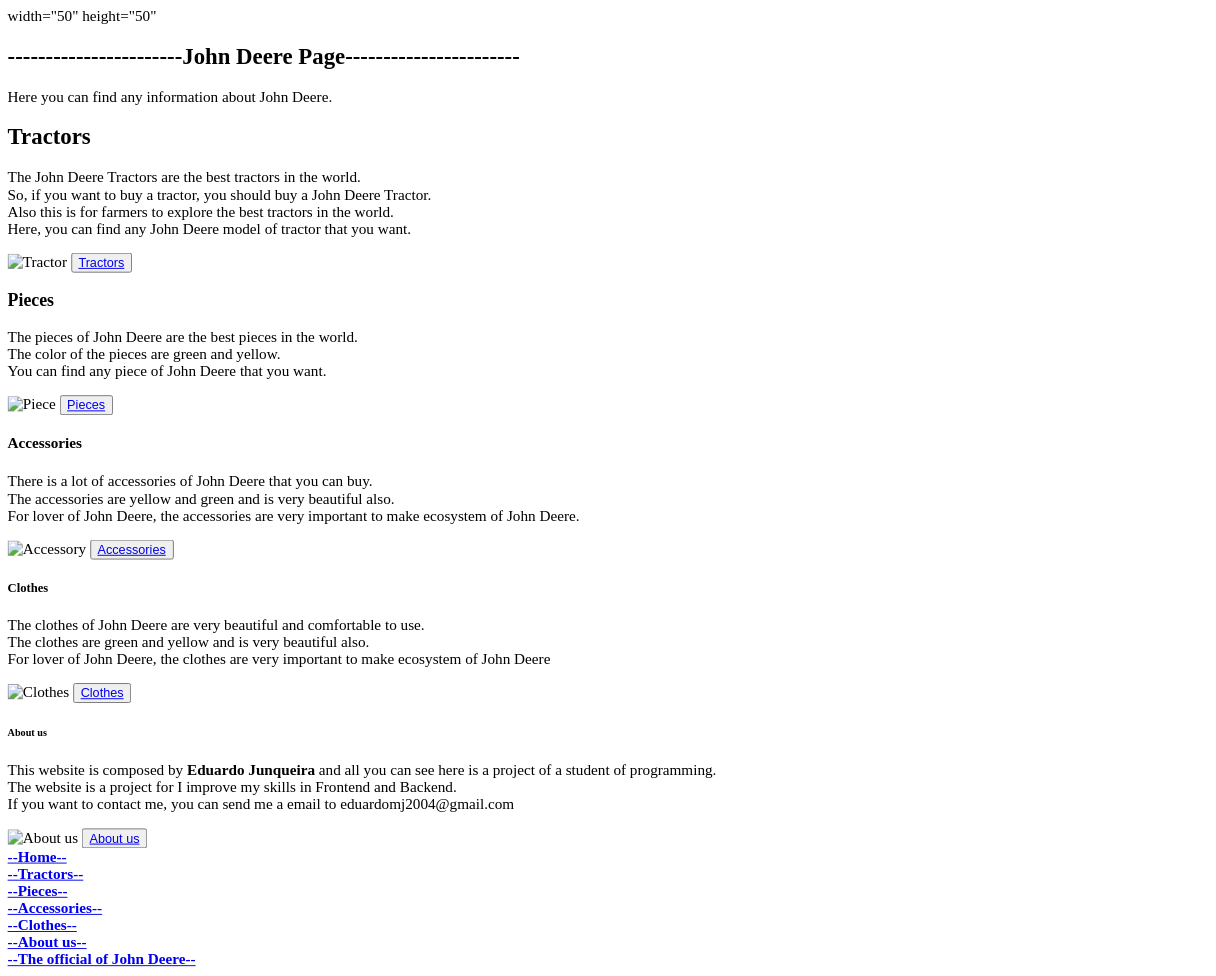
Repository: EduardoJunqueira2004/WEBJohnDeere
Page: HTML/index.html
The author's editor kept a copy of each file at every save. The page is drawn from the files as they stood at one save, then again after a run of saves.
The browser window is 1280 px wide. The pictures show the whole page, at 95% of full size.

Above is the page before, as saved 2024-12-07 15:40:21.

### HTML/index.html
<!DOCTYPE html>
<!-- HTML5 default-->
<!--Language always in English-->
<html lang="en">
<head>
    <meta charset="UTF-8">
    <meta name="viewport" content="width=device-width, initial-scale=1.0">
    <!--Home Page of the WebSite-->
    <title>Index.html</title>
    <!--CSS file for styling the webpage -->
    <link rel="stylesheet" href="/CSS/index.css">
</head>
<body>
<main>
<section>width="50" height="50"<br>
    <!--header1 titulo-->
    <h1>-----------------------<strong>John Deere Page</strong>-----------------------</h1>
    <p>
        Here you can find any information about John Deere.
    </p>
    <!--header2 subtitulo-->
</section>
<section>
    <h2><strong>Tractors</strong></h2>
    <p>
        The John Deere Tractors are the best tractors in the world.<br>
        So, if you want to buy a tractor, you should buy a John Deere Tractor.<br>
        Also this is for farmers to explore the best tractors in the world.<br>
        Here, you can find any John Deere  model of tractor that you want.
    </p>
    <img src="" alt="Tractor" width="50" height="50" >
    <button><a href="tractors.html">Tractors</a></button>
</section>
<section>
    <!--header3 subtitulo-->
    <h3><strong>Pieces</strong></h3>
    <p>
        The pieces of John Deere are the best pieces in the world.<br>
        The color of the pieces are green and yellow.<br>
        You can find any piece of John Deere that you want.
    </p>
    <img src="" alt="Piece" width="50" height="50">
    <button><a href="pieces.html">Pieces</a></button>
</section>
<section>
    <!--header4 subtitulo-->
    <h4><strong>Accessories</strong></h4>
    <p>
        There is a lot of accessories of John Deere that you can buy.<br>
        The accessories are yellow and green and is very beautiful also.<br>
        For lover of John Deere, the accessories are very important to make ecosystem of John Deere.
    </p>
    <img src="" alt="Accessory" width="50" height="50">
    <button><a href="accessories.html">Accessories</a></button>
</section>
<section>
    <!--header5 subtitulo-->
    <h5><strong>Clothes</strong></h5>
    <p>
        The clothes of John Deere are very beautiful and comfortable to use.<br>
        The clothes are green and yellow and is very beautiful also.<br>
        For lover of John Deere, the clothes are very important to make ecosystem of John Deere
    </p>
    <img src="" alt="Clothes" width="50" height="50">
    <button><a href="clothes.html">Clothes</a></button>
</section>
<section>
    <!--header6 subtitulo-->
    <h6><strong>About us</strong></h6>
    <p>
        This website is  composed by <strong>Eduardo Junqueira</strong> and all you can see here is a project of a student of programming.<br>
        The website is a project for I improve my skills in Frontend and Backend.<br>
        If you want to contact me, you can send me a email to eduardomj2004@gmail.com<br>
    </p>
    <img src="" alt="About us" width="50" height="50">
    <button><a href="aboutus.html">About us</a></button>
</section>
</main>
    <!--Final of the page footer-->
    <footer>
        <div id="block1">
        <a href="index.html"><strong>--Home--</strong></a>
        </div>
        <div id="block2">
        <a href="tractors.html"><strong>--Tractors--</strong></a>
        </div>
        <div id="block3">
        <a href="pieces.html"><strong>--Pieces--</strong></a>
        </div>
        <div id="block4">
        <a href="accessories.html"><strong>--Accessories--</strong></a>
        </div>
        <div id="block5">
        <a href="clothes.html"><strong>--Clothes--</strong></a>
        </div>
        <div id="block6">
        <a href="aboutus.html"><strong>--About us--</strong></a>
        </div>
        <a href="https://www.deere.com/en/"> <strong>--The official of John Deere--</strong></a>
    </footer>
</body>
</html>

Loaded but not shown: CSS/index.css (no copy from this time; the picture is the same without it)

After the next 2 saves:
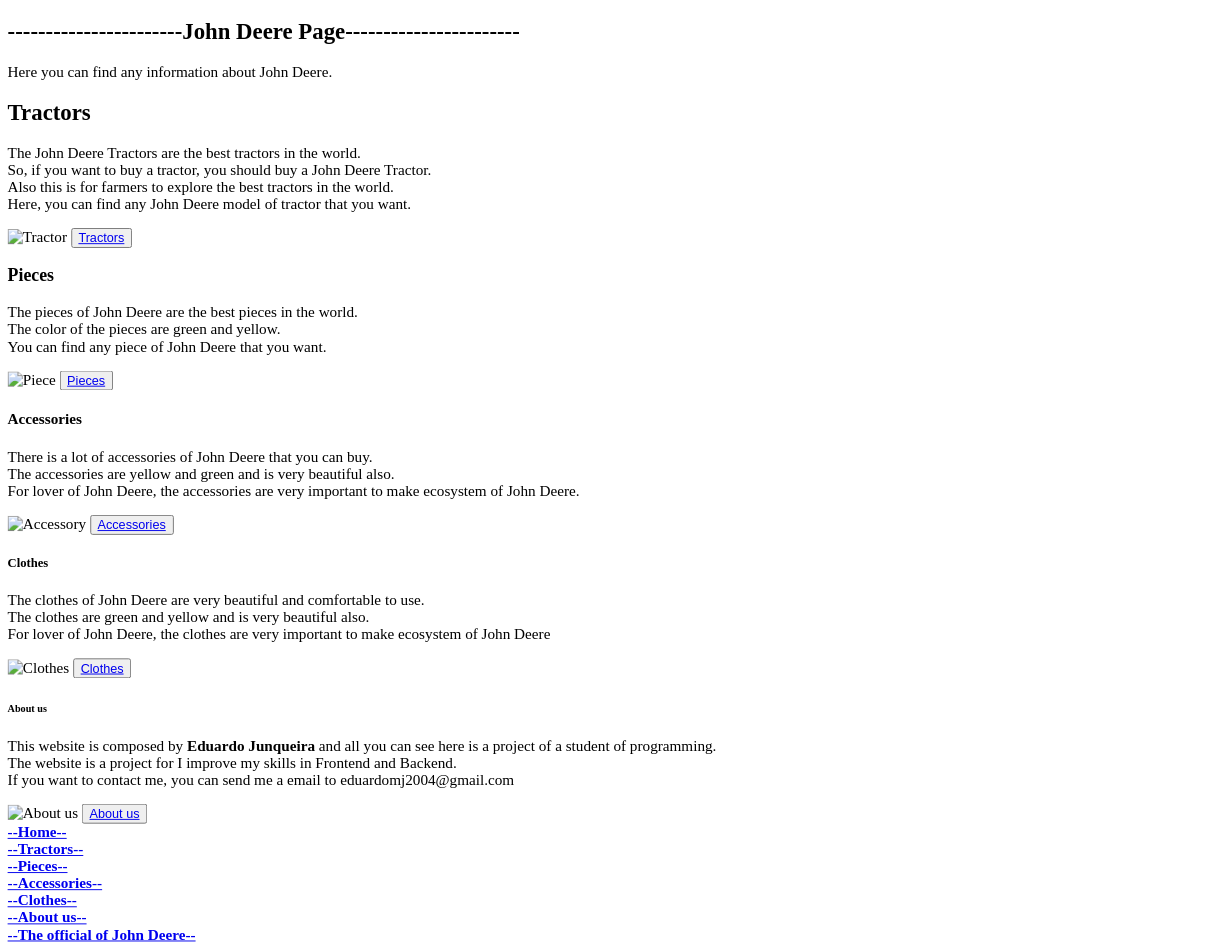
The 2 saves are shown as one change because they came seconds apart.
The last was saved 47 s later.
--- a/HTML/index.html
+++ b/HTML/index.html
@@ -12,7 +12,7 @@
 </head>
 <body>
 <main>
-<section>width="50" height="50"<br>
+<section>
     <!--header1 titulo-->
     <h1>-----------------------<strong>John Deere Page</strong>-----------------------</h1>
     <p>
